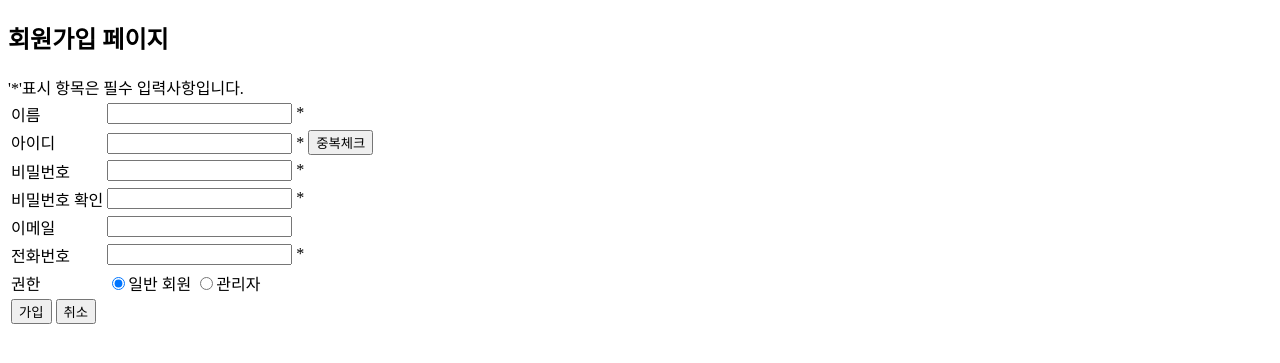
Repository: shinymusket/ideal-memory2
Page: http://localhost/web09/JS
These files come from the project's save history. The page is drawn as it stood at one moment and after the next save; the edit follows.
The browser window is 1280 px wide. The pictures show the whole page.
The page is served by Tomcat 9.

Above is the page before, as saved 2022-06-14 07:37:14.

After the next save:
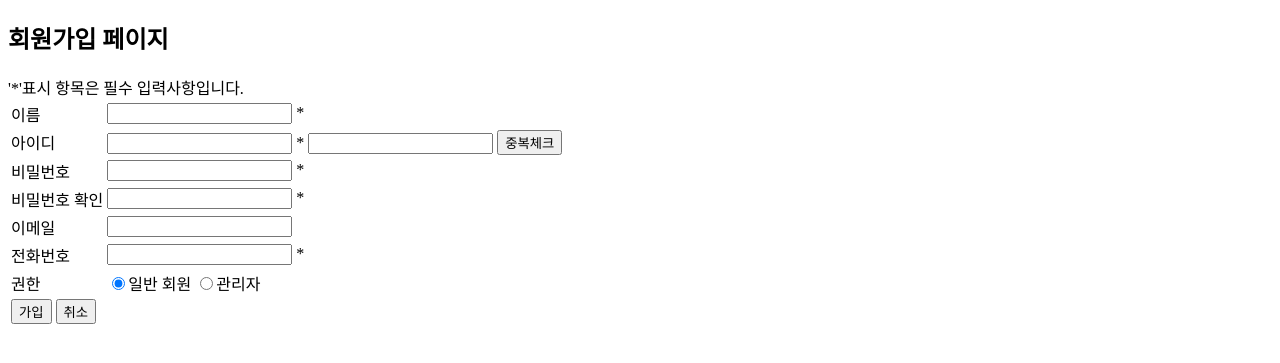
Saved 6 s later.
--- a/jspWorkSpace/web09/WebContent/member/join.jsp
+++ b/jspWorkSpace/web09/WebContent/member/join.jsp
@@ -20,7 +20,7 @@
 				<td>아이디</td>
 				<td>
 					<input type="text" name="userid" size="20"> *
-					<input
+					<input type="">
 					<input type="button" value="중복체크" onclick="idCheck()">
 				</td>
 			</tr>

After the save that followed:
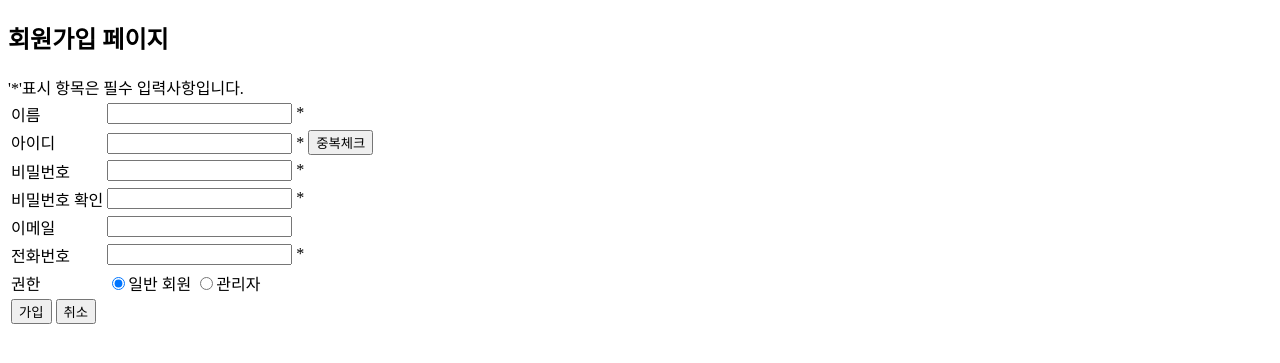
Saved 3 s later.
--- a/jspWorkSpace/web09/WebContent/member/join.jsp
+++ b/jspWorkSpace/web09/WebContent/member/join.jsp
@@ -20,7 +20,7 @@
 				<td>아이디</td>
 				<td>
 					<input type="text" name="userid" size="20"> *
-					<input type="">
+					<input type="hidden">
 					<input type="button" value="중복체크" onclick="idCheck()">
 				</td>
 			</tr>
